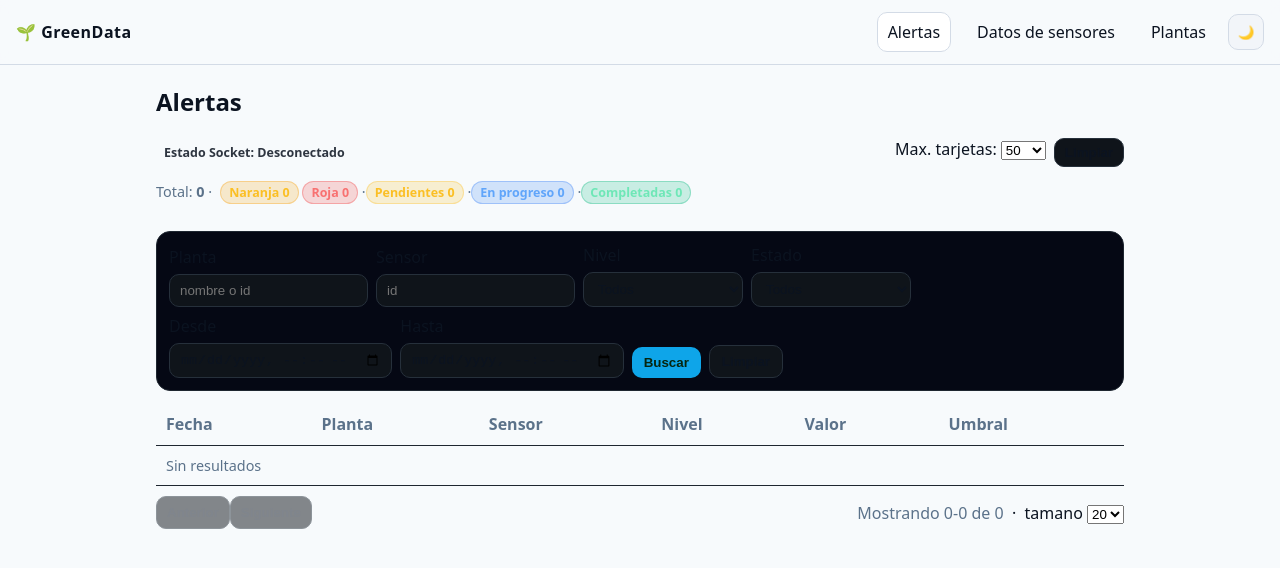
Repository: vicente3000/Sistema-de-sensores
Page: /alertas (app in frontend/)
An editor plug-in stored every save of this project. The page is shown before and after the next save, followed by the edit.
The browser window is 1280 px wide. The pictures show the whole page.
The page's requests for data from a server got no answer. The project was rebuilt for these pictures with package versions that can differ from the ones it lists, and the page was loaded fresh each time. No one was signed in, and anything a server would have sent is missing. Also part of the build but not shown: frontend/src/css/Home.css, frontend/src/pages/Home.tsx, frontend/src/css/Modal.css, frontend/src/components/ConfirmModal.tsx, frontend/src/pages/Plants.tsx, frontend/src/css/SensorData.css, frontend/src/lib/History.ts, frontend/src/lib/RealTime.ts and 2 more.

Above is the page before, as saved 2025-11-17 18:12:27.

### frontend/index.html
<!doctype html>
<html lang="es">
<head>
    <meta charset="UTF-8" />
    <meta name="viewport" content="width=device-width, initial-scale=1.0"/>
    <title>GreenData</title>
</head>
<body>
<div id="root"></div>
<script type="module" src="src/main.tsx"></script>
</body>
</html>

### frontend/src/main.tsx
import React from "react";
import ReactDOM from "react-dom/client";
import { BrowserRouter } from "react-router-dom";
import App from "./App";
import "./css/styles.css";

// Aplicar tema inicial lo antes posible
(() => {
    try {
        const saved = localStorage.getItem("theme");
        let initial: "light" | "dark" = "dark";
        if (saved === "light" || saved === "dark") initial = saved;
        else if (window.matchMedia && window.matchMedia('(prefers-color-scheme: dark)').matches) initial = "dark";
        else initial = "light";
        document.documentElement.setAttribute("data-theme", initial);
    } catch {}
})();


ReactDOM.createRoot(document.getElementById("root")!).render(
    <React.StrictMode>
        <BrowserRouter>
            <App />
        </BrowserRouter>
    </React.StrictMode>
);

### frontend/src/App.tsx
import { Route, Routes } from "react-router-dom";
import NavBar from "./components/NavBar";
import Alerts from "./pages/Alerts";
import Home from "./pages/Home";
import Plants from "./pages/Plants";
import SensorData from "./pages/SensorData";

export default function App() {
  return (
    <>
      <NavBar />
      <main className="container">
        <Routes>
          <Route path="/" element={<Home />} />
          <Route path="/alertas" element={<Alerts />} />
          <Route path="/sensores" element={<SensorData />} />
          {/* Ruta removida: agregar planta ahora integrado en /plantas */}
          <Route path="/plantas" element={<Plants />} />
        </Routes>
      </main>
    </>
  );
}

### frontend/src/css/styles.css
:root,
[data-theme="light"] {
    --bg:#f7fafc;        /* Fondo principal */
    --fg:#0b1320;        /* Texto principal */
    --muted:#5b728a;     /* Texto secundario */
    --card:#ffffff;      /* Fondo de tarjetas y nav */
    --surface:#f2f5f9;   /* Controles, inputs */
    --surface-2:#e9eef5; /* Bloques alternos */
    --border:#d3dbe6;    /* Borde suave */
    --accent:#0ea5e9;    /* Color de acento */
}

[data-theme="dark"] {
    --bg:#0b0f13;        /* Fondo principal */
    --fg:#e8f0f7;        /* Texto principal */
    --muted:#9db2c7;     /* Texto secundario */
    --card:#121821;      /* Fondo de tarjetas y nav */
    --surface:#0f141a;   /* Controles, inputs */
    --surface-2:#050814; /* Bloques alternos */
    --border:#1e2630;    /* Borde */
    --accent:#7dd386;    /* Color de acento */
}

/* Configuración global */
* { box-sizing: border-box; }
body {
    margin:0;
    background:var(--bg);
    color:var(--fg);
    font-family:system-ui, sans-serif;
}
a { color:inherit; text-decoration:none; }
.container {
    max-width:1000px;
    margin:20px auto;
    padding:0 16px;
}

/* Barra de navegación */
.navbar {
    display:flex;
    justify-content:space-between;
    align-items:center;
    padding:14px 16px;
    border-bottom:1px solid var(--border);
    position:sticky;
    top:0;
    background:color-mix(in oklab, var(--bg) 85%, transparent);
    backdrop-filter: blur(8px);
}
.brand {
    font-weight:700;
    letter-spacing:.5px;
}
.navbar nav a {
    margin-left:16px;
    padding:8px 10px;
    border-radius:10px;
}
.navbar nav a.active {
    background:var(--card);
    border:1px solid var(--border);
}

/* Tarjetas en cuadrícula (Home) */
.card-grid {
    display:grid;
    grid-template-columns:repeat(auto-fit,minmax(240px,1fr));
    gap:16px;
    padding:24px 0;
}
.card {
    background:var(--card);
    border:1px solid var(--border);
    padding:18px;
    border-radius:16px;
    transition: transform .12s ease, border-color .12s;
}
.card:hover {
    transform: translateY(-2px);
    border-color:color-mix(in oklab, var(--border), transparent 40%);
}
.card h2 {
    margin:0 0 8px;
    color:var(--accent);
}
.card p {
    color:var(--muted);
    margin:0;
}

/*Formularios */
.form {
    display:grid;
    gap:12px;
    max-width:420px;
    margin-top:12px;
}
input, button {
    padding:10px 12px;
    border-radius:10px;
    border:1px solid var(--border);
    background:var(--surface);
    color:var(--fg);
}
button {
    background:var(--accent);
    color:#07220e;
    border: none;
    font-weight:600;
    cursor:pointer;
}
button:hover {
    filter:brightness(.95);
}

/* Toggle de tema */
.theme-toggle {
    margin-left:12px;
    display:inline-flex;
    align-items:center;
    justify-content:center;
    width:36px;
    height:36px;
    border-radius:10px;
    border:1px solid var(--border);
    background:var(--surface);
    color:var(--fg);
    cursor:pointer;
}
.theme-toggle:hover {
    filter:brightness(.97);
}
.navbar .right {
    display:flex;
    align-items:center;
}

### frontend/src/components/NavBar.tsx
import { Link, NavLink } from "react-router-dom";
import { useEffect, useState } from "react";

export default function NavBar() {
  const getInitialTheme = (): "light" | "dark" => {
    const saved = localStorage.getItem("theme");
    if (saved === "light" || saved === "dark") return saved;
    const prefersDark = window.matchMedia && window.matchMedia('(prefers-color-scheme: dark)').matches;
    return prefersDark ? "dark" : "light";
  };

  const [theme, setTheme] = useState<"light" | "dark">(getInitialTheme());

  useEffect(() => {
    document.documentElement.setAttribute("data-theme", theme);
    localStorage.setItem("theme", theme);
  }, [theme]);

  const toggleTheme = () => {
    setTheme((t) => (t === "dark" ? "light" : "dark"));
  };

  return (
    <header className="navbar">
      <Link to="/" className="brand">
        🌱 GreenData
      </Link>
      <div className="right">
        <nav>
          <NavLink to="/alertas">Alertas</NavLink>
          <NavLink to="/sensores">Datos de sensores</NavLink>
          <NavLink to={"/plantas"}>Plantas</NavLink>
        </nav>
        <button
          className="theme-toggle"
          title={theme === "dark" ? "Cambiar a claro" : "Cambiar a oscuro"}
          aria-label={theme === "dark" ? "Cambiar a tema claro" : "Cambiar a tema oscuro"}
          onClick={toggleTheme}
        >
          {theme === "dark" ? "☀️" : "🌙"}
        </button>
      </div>
    </header>
  );
}

### frontend/src/css/Alerts.css
.alerts-toolbar {
  display: flex;
  gap: 8px;
  align-items: center;
  margin: 12px 0;
}
.filters {
  display: flex;
  flex-wrap: wrap;
  gap: 8px;
  align-items: end;
  margin: 12px 0;
}
.filters .field {
  display: flex;
  flex-direction: column;
  gap: 6px;
}
.filters input,
.filters select {
  padding: 8px 10px;
  border-radius: 10px;
  border: 1px solid #26303b;
  background: #0f141a;
  color: var(--fg);
}
.filters button {
  padding: 8px 12px;
  border-radius: 10px;
  border: none;
  background: var(--accent);
  color: #06250f;
  font-weight: 600;
}
.filters .btn-secondary {
  background: #0f141a;
  color: var(--fg);
  border: 1px solid #26303b;
}
.alert-list {
  display: grid;
  gap: 12px;
  grid-template-columns: repeat(auto-fit, minmax(260px, 1fr));
}
.alert-card {
  background: var(--card);
  border: 1px solid #1e2630;
  border-radius: 14px;
  padding: 12px 14px;
}
.alert-card h3 {
  margin: 0 0 6px;
  font-size: 1.05rem;
}
.alert-meta {
  color: var(--muted);
  font-size: 0.9rem;
}

.alert--orange {
  border-color: #8a6b2f;
  box-shadow: 0 0 0 1px #8a6b2f inset;
}
.alert--red {
  border-color: #7a2d2d;
  box-shadow: 0 0 0 1px #7a2d2d inset;
}

.badge {
  display: inline-block;
  padding: 2px 8px;
  border-radius: 999px;
  font-weight: 700;
  font-size: 0.78rem;
}
.badge.orange {
  background: #f59e0b33;
  color: #fbbf24;
  border: 1px solid #f59e0b55;
}
.badge.red {
  background: #ef444433;
  color: #f87171;
  border: 1px solid #ef444455;
}

/* nuevos estados de alerta */
.badge.alert-status-pend {
  background: #fbbf2433;
  color: #fbbf24;
  border: 1px solid #fbbf2455;
}
.badge.alert-status-prog {
  background: #3b82f633;
  color: #60a5fa;
  border: 1px solid #3b82f655;
}
.badge.alert-status-comp {
  background: #10b98133;
  color: #6ee7b7;
  border: 1px solid #10b98155;
}

.actions {
  display: flex;
  gap: 8px;
  margin-left: auto;
}
button.btn-sm {
  padding: 6px 10px;
  border-radius: 10px;
  border: 1px solid #26303b;
  background: #0f141a;
  color: var(--fg);
  cursor: pointer;
}
button.btn-sm:hover {
  filter: brightness(0.95);
}

/* tabla de alertas */
.alert-table {
  width: 100%;
  border-collapse: separate;
  border-spacing: 0;
  margin-top: 8px;
}
.alert-table th,
.alert-table td {
  text-align: left;
  padding: 10px;
  border-bottom: 1px solid #1e2630;
}
.alert-table th {
  color: var(--muted);
  font-weight: 600;
}
.level-dot {
  display: inline-block;
  width: 10px;
  height: 10px;
  border-radius: 50%;
  margin-right: 6px;
  vertical-align: middle;
}
.level-red {
  background: #ef4444;
}
.level-orange {
  background: #f59e0b;
}

.pager {
  display: flex;
  justify-content: space-between;
  align-items: center;
  gap: 8px;
  margin-top: 10px;
}
.pager .btn {
  padding: 8px 10px;
  border-radius: 10px;
  border: 1px solid #26303b;
  background: #0f141a;
  color: var(--fg);
  cursor: pointer;
}
.pager .btn[disabled] {
  opacity: 0.5;
  cursor: not-allowed;
}

/* agrupación filtros */
.filters-categories {
  border: 1px solid #1e2630;
  padding: 12px;
  border-radius: 14px;
  background: #050814;
}
.filters .field-group {
  min-width: 160px;
}

/* selector de estado inline */
.status-select {
  padding: 2px 6px;
  border-radius: 8px;
  border: 1px solid #26303b;
  background: #0f141a;
  color: var(--fg);
  font-size: 0.7rem;
}
.status-select:focus {
  outline: 2px solid var(--accent);
  outline-offset: 2px;
}
.status-pend {
}
.status-en_progreso {
}
.status-completado {
}

### frontend/src/lib/Api.ts
// api client simple para UI
export type PlantDoc = {
  _id: string;
  name: string;
  type?: string;
  createdAt?: string;
};
export type SensorDoc = {
  _id: string;
  plantId: string;
  type: "humidity" | "ph" | "temp" | "lux";
  unit?: string;
  createdAt?: string;
};
export type ThresholdDoc = {
  _id?: string;
  sensorId: string;
  min: number;
  max: number;
  hysteresis?: number;
} | null;
export type AlertDoc = {
  _id: string;
  plantId: string;
  sensorId: string;
  value: number;
  level: "normal" | "grave" | "critica";
  createdAt: string;
};
export type AlertStatus = "pendiente" | "en_progreso" | "completado";

// Fallback inteligente: dentro de Docker el hostname correcto suele ser 'api'
// Si no hay VITE_API_BASE_URL y estamos en localhost (desarrollo fuera de contenedores) usamos localhost,
// de lo contrario usamos 'http://api:3000'.
const API_BASE =
  (import.meta as any).env?.VITE_API_BASE_URL ||
  (typeof window !== "undefined" && window.location.hostname === "localhost"
    ? "http://localhost:3000"
    : "http://api:3000");
const v1 = (p: string) => `${API_BASE}/api/v1${p}`;

async function http<T>(input: RequestInfo, init?: RequestInit): Promise<T> {
  const res = await fetch(input, init);
  if (!res.ok) {
    const text = await res.text().catch(() => "");
    throw new Error(`HTTP ${res.status} ${text}`);
  }
  const body = await res.json().catch(() => null);
  return (body?.data ?? body) as T;
}

// plantas
export async function listPlants(params?: {
  q?: string;
  limit?: number;
  offset?: number;
}) {
  const url = new URL(v1("/plants"));
  if (params?.q) url.searchParams.set("q", params.q);
  if (params?.limit) url.searchParams.set("limit", String(params.limit));
  if (params?.offset) url.searchParams.set("offset", String(params.offset));
  return http<{
    items: PlantDoc[];
    total: number;
    limit: number;
    offset: number;
  }>(url.toString());
}

export async function createPlant(input: { name: string; type?: string }) {
  return http<PlantDoc>(v1("/plants"), {
    method: "POST",
    headers: { "Content-Type": "application/json" },
    body: JSON.stringify(input),
  });
}

export async function getPlant(id: string) {
  return http<PlantDoc>(v1(`/plants/${id}`));
}

export async function updatePlant(
  id: string,
  input: { name?: string; type?: string }
) {
  return http<PlantDoc>(v1(`/plants/${id}`), {
    method: "PATCH",
    headers: { "Content-Type": "application/json" },
    body: JSON.stringify(input),
  });
}

export async function deletePlant(id: string) {
  return http<{ deleted: true }>(v1(`/plants/${id}`), { method: "DELETE" });
}

// sensores
export async function listSensors(
  plantId: string,
  params?: { type?: SensorDoc["type"]; limit?: number; offset?: number }
) {
  const url = new URL(v1(`/plants/${plantId}/sensors`));
  if (params?.type) url.searchParams.set("type", params.type);
  if (params?.limit) url.searchParams.set("limit", String(params.limit));
  if (params?.offset) url.searchParams.set("offset", String(params.offset));
  return http<{
    items: SensorDoc[];
    total: number;
    limit: number;
    offset: number;
  }>(url.toString());
}

export async function createSensor(
  plantId: string,
  input: { type: SensorDoc["type"]; unit?: string }
) {
  return http<SensorDoc>(v1(`/plants/${plantId}/sensors`), {
    method: "POST",
    headers: { "Content-Type": "application/json" },
    body: JSON.stringify(input),
  });
}

export async function deleteSensor(sensorId: string) {
  return http<{ deleted: true }>(v1(`/sensors/${sensorId}`), {
    method: "DELETE",
  });
}

// threshold
export async function getThreshold(sensorId: string): Promise<ThresholdDoc> {
  try {
    return await http<ThresholdDoc>(v1(`/sensors/${sensorId}/threshold`));
  } catch (e: any) {
    if (String(e.message).startsWith("HTTP 404")) return null;
    throw e;
  }
}

export async function upsertThreshold(
  sensorId: string,
  input: { min: number; max: number; hysteresis?: number }
) {
  return http<ThresholdDoc>(v1(`/sensors/${sensorId}/threshold`), {
    method: "PUT",
    headers: { "Content-Type": "application/json" },
    body: JSON.stringify(input),
  });
}

// alertas
export async function listAlerts(params?: {
  plantId?: string;
  sensorId?: string;
  from?: string;
  to?: string;
  level?: "normal" | "grave" | "critica";
  status?: "pendiente" | "en_progreso" | "completado";
  limit?: number;
}) {
  const url = new URL(v1("/alerts"));
  if (params?.plantId) url.searchParams.set("plantId", params.plantId);
  if (params?.sensorId) url.searchParams.set("sensorId", params.sensorId);
  if (params?.from) url.searchParams.set("from", params.from);
  if (params?.to) url.searchParams.set("to", params.to);
  if (params?.level) url.searchParams.set("level", params.level);
  if (params?.status) url.searchParams.set("status", params.status);
  if (params?.limit) url.searchParams.set("limit", String(params.limit));
  return http<AlertDoc[]>(url.toString());
}

export async function updateAlertStatus(id: string, status: AlertStatus) {
  return http(v1(`/alerts/${id}/status`), {
    method: "PATCH",
    headers: { "Content-Type": "application/json" },
    body: JSON.stringify({ status }),
  });
}

### frontend/src/services/socket.ts
import { io } from "socket.io-client";

const URL = import.meta.env.VITE_SOCKET_URL || "http://localhost:3000";

// conexion persistente (solo websocket)
export const socket = io(URL, {
    autoConnect: true,
    transports: ["websocket"],
});

### frontend/src/css/Plants.css
.plants-toolbar {
  display: flex;
  justify-content: space-between;
  align-items: center;
  gap: 12px;
  margin: 12px 0;
  flex-wrap: wrap;
}

.search {
  flex: 1;
  max-width: 420px;
  padding: 10px 12px;
  border-radius: 10px;
  border: 1px solid #26303b;
  background: #0f141a;
  color: var(--fg);
}

/* boton volver cuando se esta editando */

.back-button {
  margin-top: 16px;
  margin-bottom: 12px;
}

/* panel de edicion grande */

.plant-edit-panel {
  background: var(--card);
  border: 1px solid #1e2630;
  border-radius: 16px;
  padding: 16px;
}

.edit-header {
  display: flex;
  align-items: center;
  gap: 12px;
  justify-content: space-between;
  flex-wrap: wrap;
}

.edit-header h2 {
  margin: 0;
}

/* lista en filas */

.plants-list {
  list-style: none;
  margin: 16px 0 0;
  padding: 0;
  border-radius: 16px;
  border: 1px solid #1e2630;
  overflow: hidden;
  background: #050814;
}

.plant-row {
  display: flex;
  justify-content: space-between;
  align-items: center;
  gap: 12px;
  padding: 12px 16px;
}

.plant-row + .plant-row {
  border-top: 1px solid #1e2630;
}

.plant-row-name {
  display: flex;
  align-items: center;
  gap: 8px;
  flex-wrap: wrap;
}

.plant-name-main {
  font-weight: 600;
  color: var(--fg);
}

.plant-row-actions {
  display: flex;
  gap: 8px;
  flex-wrap: wrap;
}

/* botones base (sin colores) */

.plant-edit-panel button,
.plants-list button {
  border-radius: 10px;
  padding: 8px 12px;
  cursor: pointer;
  font: inherit;
  border: none;
}

.plant-edit-panel button:hover,
.plants-list button:hover {
  opacity: 0.9;
}

/* variantes de boton */

.btn-primary {
  background: var(--accent);
  color: #0b1120;
}

.btn-secondary {
  background: #0f141a;
  border: 1px solid #26303b;
  color: var(--fg);
}

.btn-danger {
  background: #ef4444;
  color: #fee2e2;
}

/* texto */

.muted {
  color: var(--muted);
}

.sm {
  font-size: 0.85rem;
}

.pill {
  border: 1px solid #26303b;
  background: #0f141a;
  color: var(--fg);
  border-radius: 999px;
  font-size: 0.8rem;
  padding: 2px 10px;
}

/* grids y subcards del panel de edicion */

.grid-2 {
  display: grid;
  gap: 12px;
  grid-template-columns: repeat(2, minmax(0, 1fr));
}

.edit-grid {
  display: grid;
  gap: 12px;
  grid-template-columns: repeat(2, minmax(0, 1fr));
  margin-top: 12px;
}

.col-span-2 {
  grid-column: 1 / -1;
}

.subcard {
  background: #0f141a;
  border: 1px solid #26303b;
  border-radius: 12px;
  padding: 12px;
}

.subcard h3 {
  margin: 0 0 8px;
  color: var(--accent);
}

.subcard .form {
  max-width: unset;
  margin-top: 0;
}

/* acciones dentro de subcards */

.actions-row {
  display: flex;
  gap: 10px;
  margin-top: 12px;
  flex-wrap: wrap;
}

/* lista de sensores dentro del panel de edicion */

.sensor-list {
  list-style: none;
  margin: 10px 0 0;
  padding: 0;
  display: grid;
  gap: 8px;
}

.sensor-list.compact .sensor-item {
  background: #050814;
  border: 1px solid #26303b;
  border-radius: 12px;
  padding: 8px 10px;
  display: flex;
  justify-content: space-between;
  align-items: center;
  gap: 8px;
  flex-wrap: wrap;
}

/* fila de controles de umbrales */

.sensor-controls {
  display: flex;
  gap: 8px;
  align-items: center;
  flex-wrap: wrap;
}

.sensor-controls input[type="number"] {
  max-width: 90px;
}

/* responsive */

@media (max-width: 900px) {
  .edit-grid {
    grid-template-columns: 1fr;
  }

  .grid-2 {
    grid-template-columns: 1fr;
  }
}

@media (max-width: 700px) {
  .plant-row {
    flex-direction: column;
    align-items: flex-start;
  }

  .plant-row-actions {
    width: 100%;
  }
}

Loaded but not shown: frontend/src/pages/Alerts.tsx (532 lines, source omitted)

After the next save:
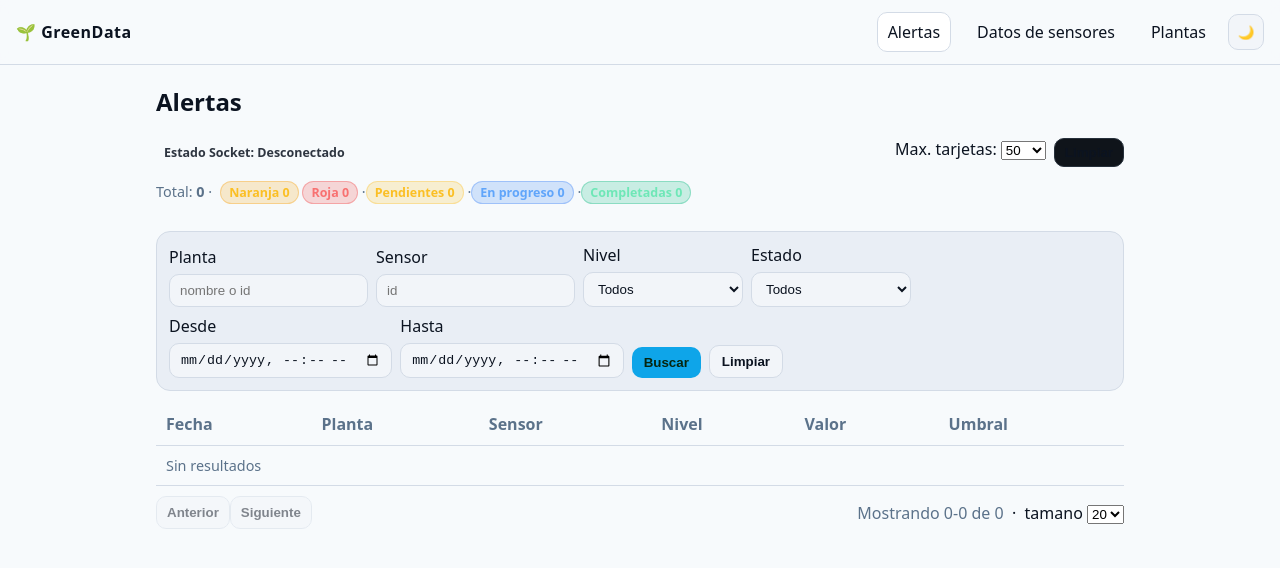
Saved 12 s later.
--- a/frontend/src/css/Alerts.css
+++ b/frontend/src/css/Alerts.css
@@ -20,8 +20,8 @@
 .filters select {
   padding: 8px 10px;
   border-radius: 10px;
-  border: 1px solid #26303b;
-  background: #0f141a;
+  border: 1px solid var(--border);
+  background: var(--surface);
   color: var(--fg);
 }
 .filters button {
@@ -33,9 +33,9 @@
   font-weight: 600;
 }
 .filters .btn-secondary {
-  background: #0f141a;
-  color: var(--fg);
-  border: 1px solid #26303b;
+  background: var(--surface);
+  color: var(--fg);
+  border: 1px solid var(--border);
 }
 .alert-list {
   display: grid;
@@ -44,7 +44,7 @@
 }
 .alert-card {
   background: var(--card);
-  border: 1px solid #1e2630;
+  border: 1px solid var(--border);
   border-radius: 14px;
   padding: 12px 14px;
 }
@@ -129,7 +129,7 @@ button.btn-sm:hover {
 .alert-table td {
   text-align: left;
   padding: 10px;
-  border-bottom: 1px solid #1e2630;
+  border-bottom: 1px solid var(--border);
 }
 .alert-table th {
   color: var(--muted);
@@ -160,8 +160,8 @@ button.btn-sm:hover {
 .pager .btn {
   padding: 8px 10px;
   border-radius: 10px;
-  border: 1px solid #26303b;
-  background: #0f141a;
+  border: 1px solid var(--border);
+  background: var(--surface);
   color: var(--fg);
   cursor: pointer;
 }
@@ -172,10 +172,10 @@ button.btn-sm:hover {
 
 /* agrupación filtros */
 .filters-categories {
-  border: 1px solid #1e2630;
+  border: 1px solid var(--border);
   padding: 12px;
   border-radius: 14px;
-  background: #050814;
+  background: var(--surface-2);
 }
 .filters .field-group {
   min-width: 160px;
@@ -185,8 +185,8 @@ button.btn-sm:hover {
 .status-select {
   padding: 2px 6px;
   border-radius: 8px;
-  border: 1px solid #26303b;
-  background: #0f141a;
+  border: 1px solid var(--border);
+  background: var(--surface);
   color: var(--fg);
   font-size: 0.7rem;
 }
